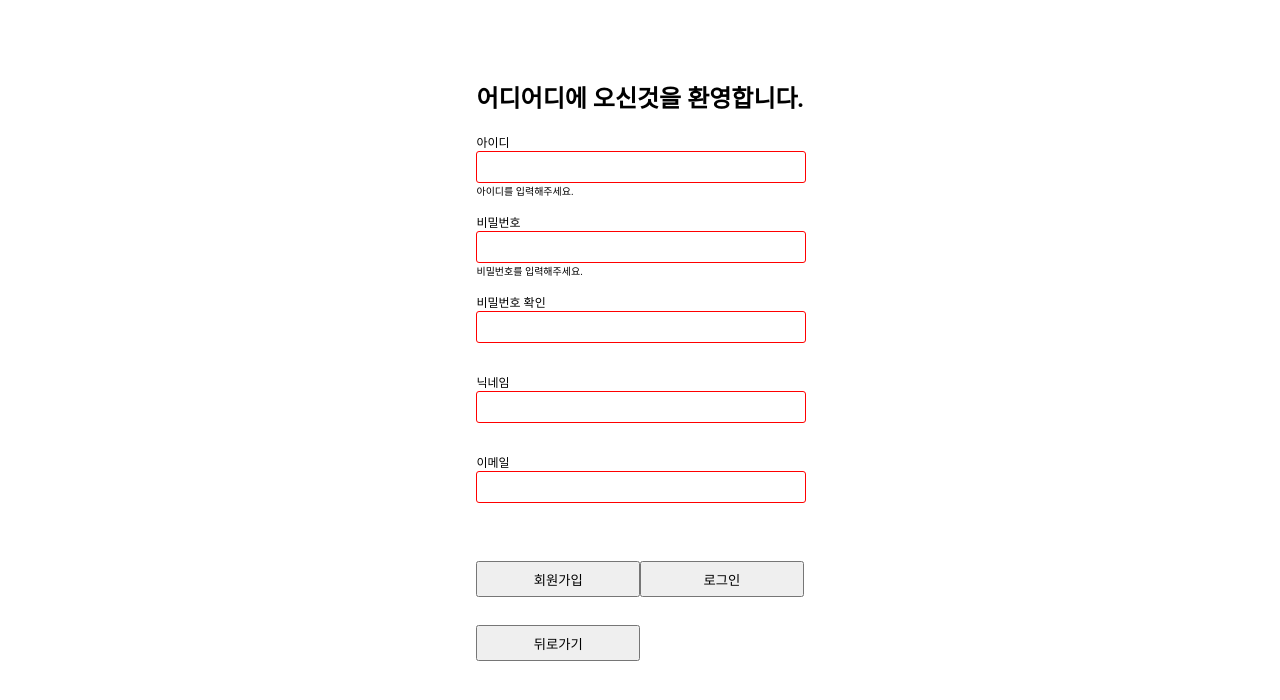
Repository: zzangyu/koreanFoodsProject
Page: http://localhost/koreanFoodsProject/koreanFoods/signUp.jsp
These files come from the project's save history. The page is drawn as it stood at one moment and after the next save; the edit follows.
The browser window is 1280 px wide. The pictures show the whole page.
The page is served by Tomcat 9.

Above is the page before, as saved 2022-12-29 07:26:47.

After the next save:
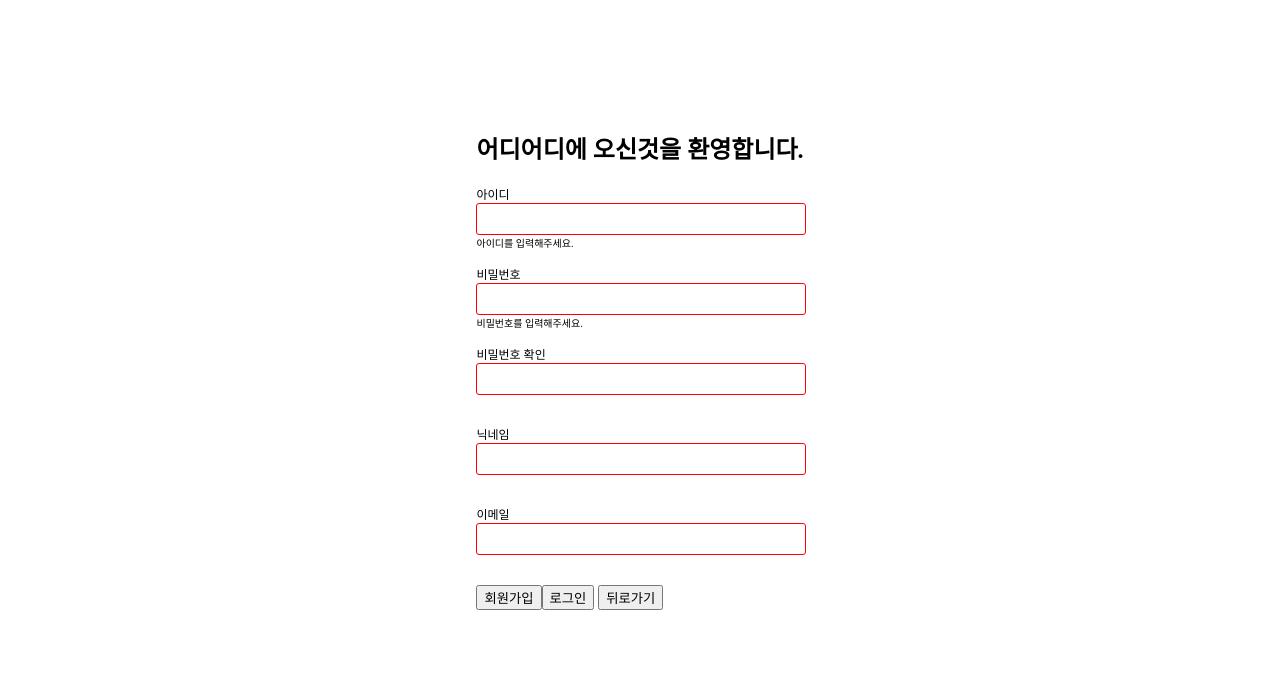
Saved 21 s later.
--- a/koreanFoodsProject/src/main/webapp/koreanFoods/signUp.jsp
+++ b/koreanFoodsProject/src/main/webapp/koreanFoods/signUp.jsp
@@ -46,8 +46,8 @@
 					<div class="signUp_check_textSize" id="signUp_emailCheck"></div>
 				</div>
 			</div>
-			<button class="signUp_button">회원가입</button><button class="signUp_button">로그인</button>
-			<button class="signUp_button">뒤로가기</button>
+			<button class="signUp_button1">회원가입</button><button class="signUp_button1">로그인</button>
+			<button class="signUp_button2">뒤로가기</button>
 		</div>
 	</form>
 </body>
